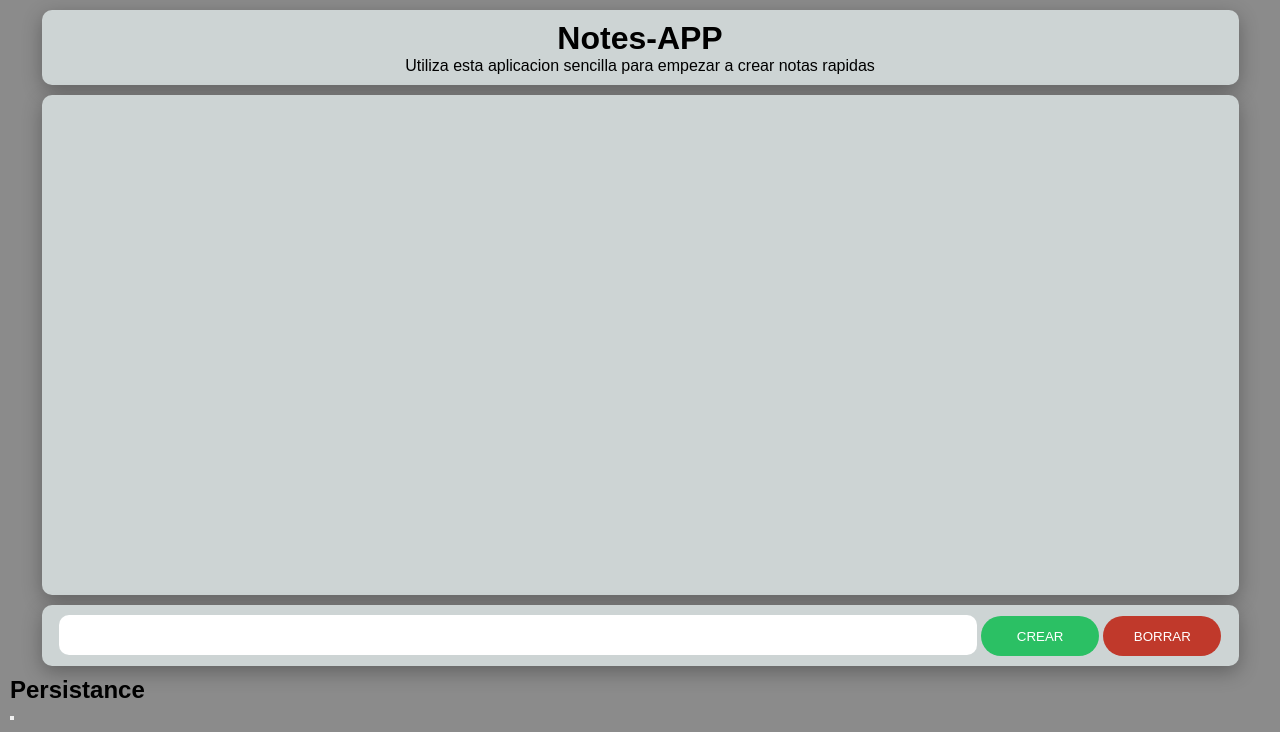
Repository: iocolopus/learn_web
Page: to_do persistente/index.html
An editor plug-in stored every save of this project. The page is shown before and after a run of saves, followed by the edit.
The browser window is 1280 px wide. The pictures show the whole page.

Above is the page before, as saved 2026-02-16 22:40:07.

### to_do persistente/index.html
<!DOCTYPE html>
<html lang="en">
<head>
    <meta charset="UTF-8">
    <meta name="viewport" content="width=device-width, initial-scale=1.0">
    <link rel="stylesheet" href="styles.css">
    <title>NOTES</title>
</head>
<body>
    <header>
    <h1>Notes-APP</h1>
    <p>Utiliza esta aplicacion sencilla para empezar a crear notas rapidas</p>
    </header>
    <main>
    <div id="notes-container">
        <ul id="notes_list"></ul>
    </div>
    <div id="note-creation-container">
        <input type="text" id="text_box">
        <button class="button" id="create">CREAR</button>
        <button class="button" id="delete">BORRAR</button>
    </div>
    </main>
    <footer>
        <h2>Persistance</h2>
        <button></button>
    </footer>
    <script src="script.js"></script>
</body>
</html>

### to_do persistente/styles.css
* {
    margin: 0;
    padding: 0;
    box-sizing: border-box;
}

body {
    font-family:Arial, Helvetica, sans-serif;
    background-color: rgba(44, 44, 44, 0.548);
    padding: 10px;
}

header, #notes-container, #note-creation-container{
    margin-left: auto;
    margin-right: auto;
    margin-bottom: 10px;
    padding: 10px;
    width: 95%;
    border-radius: 10px;
    background-color:rgb(205, 212, 212);
    box-shadow: 0px 6px 20px 0px rgba(0, 0, 0, 0.3) ;
}

header {
    text-align: center;
    display: block;

}

#notes-container {
    min-height: 200px;
    min-height: 500px;
    height: 80%;


}

.note {
    border-left: 2px solid rgb(58, 58, 58);
    margin: 10px;
    text-align: left;
    padding: 10px;
    box-shadow: 0 2px 4px rgba(0, 0, 0, 0.1);
    border-radius: 10px;
    list-style: none;
    background-color: aliceblue;
    transform: translateX(0);
    transition: all 0.3s ease;
}

.note:hover {
    transform: translateX(10px);
}

#note-creation-container {
    padding: 10px;

    margin-top: 10px;
    text-align: center;



}

#text_box {
    width: 78%;
    height: 40px;
    padding: 15px;
    border: none;
    border-radius: 10px;
    border: 2px solid transparent;
    font-size: 15px;

}

#text_box:focus {
    outline: 2px solid black;

}

.button {
    background-color: black;
    transition: all 0.2s ease;
    color: white;
    height: 40px;
    width: 10%;
    border: none;
    border-radius: 20px;
}

#delete {
    background-color: #c0392b;
}

#delete:hover {
    background-color: #e74c3c;
}

#create {
    background-color: #2bc064;
}

#create:hover {
    background-color: #34ee7b;
}


.button:hover {
    background-color: gray;
    transform: scale(1.02);
    box-shadow: 0 0 10px rgba(0, 0, 0, 0.3);
    cursor: pointer;
}

#btn_del_note {
    position: absolute;
    right: 10px;
    top: 7px;
    width: 50px;
    height: 25px;


}

#btn_del_note:hover {
    transform: translate(3px, 0);
    background-color: #c0392b;
}

h1 {
    font-family:Arial, Helvetica, sans-serif
}

### to_do persistente/script.js
const input = document.getElementById("text_box");
const create_btn = document.getElementById("create");
const delete_btn = document.getElementById("delete");
const notesContainer = document.getElementById("notes_list");

let event;

function add() {
    const texto = input.value;

    if (texto == "") {
        return;
    }

    const nueva_nota = document.createElement("li");
    nueva_nota.textContent = texto;
    nueva_nota.className = "note";


    const boton_eliminar = document.createElement("button")
    boton_eliminar.classList.add('del_note_button', "button")
    boton_eliminar.id = "btn_del_note"
    boton_eliminar.textContent = "🗑️"

    nueva_nota.appendChild(boton_eliminar)
    notesContainer.appendChild(nueva_nota);

    input.value = "";
}

function del_last() {
    const list_item = notesContainer.lastElementChild;
    if (list_item) {
        list_item.remove();
    }
}

function del_note(event) {
    console.log(event)
    if (event.target.classList.contains('del_note_button')){
        console.log("eliminando nota")
        event.target.parentElement.remove()
    }
}

delete_btn.addEventListener("click", del_last);
create_btn.addEventListener("click", add);



input.addEventListener("keypress", function(event) {
    if (event.key == "Enter") {
        create_btn.click();íí
    }
});

input.addEventListener("keydown", function(event) {
    if (event.key == "Delete") {
        delete_btn.click();
    }
});

notesContainer.addEventListener("click",  del_note)

After the next 5 saves:
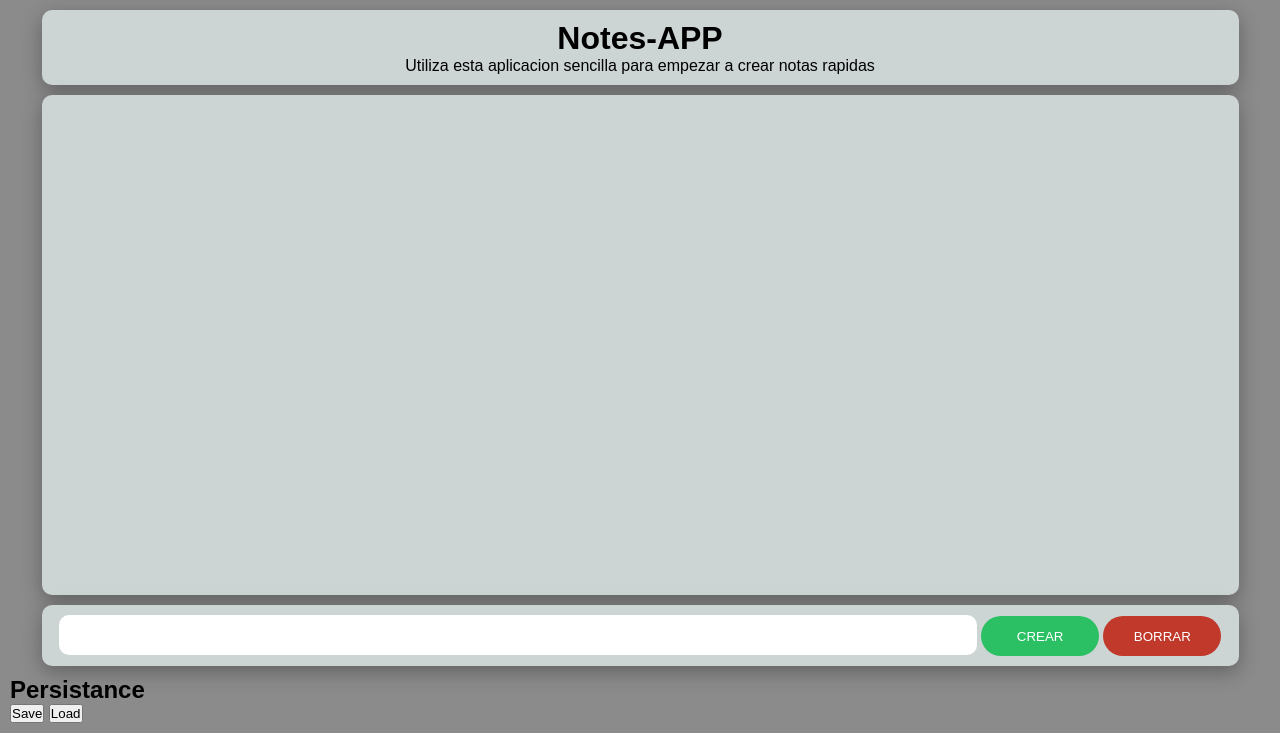
The 5 saves are shown as one change because they came seconds apart.
The last was saved 13 s later.
--- a/to_do persistente/index.html
+++ b/to_do persistente/index.html
@@ -23,7 +23,8 @@
     </main>
     <footer>
         <h2>Persistance</h2>
-        <button></button>
+        <button id="save_button">Save</button>
+        <button id="load_button">Load</button>
     </footer>
     <script src="script.js"></script>
 </body>
